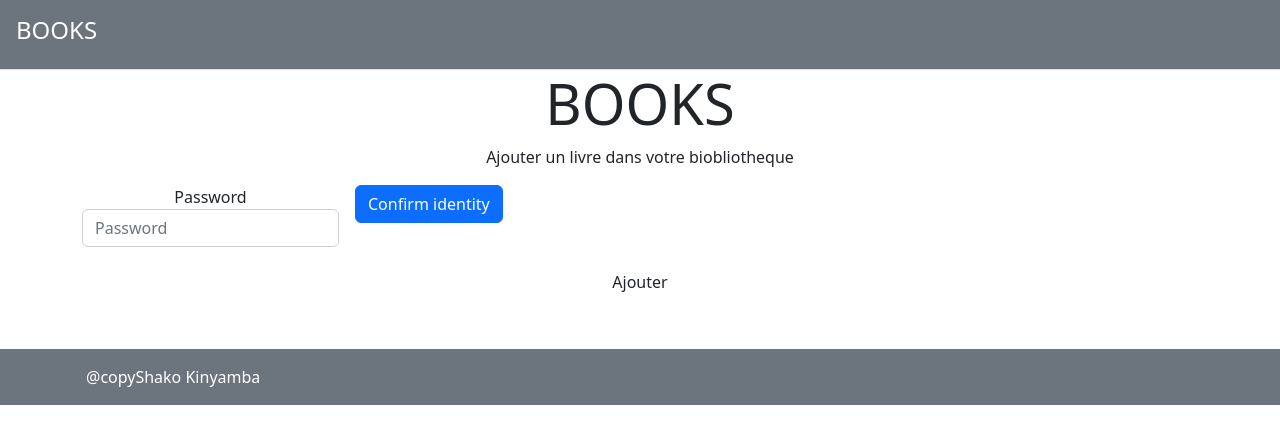
Repository: SKB-TECH/Books
Page: /
These files come from the project's save history. The page is drawn as it stood at one moment and after the next save; the edit follows.
The browser window is 1280 px wide. The pictures show the whole page.
The project was rebuilt for these pictures with package versions that can differ from the ones it lists, and the page was loaded fresh each time. Also part of the build but not shown: vite.config.js.

Above is the page before, as saved 2022-11-09 15:53:54.

### src/main.jsx
import React from 'react'
import ReactDOM from 'react-dom/client'
import App from './App'
import 'bootstrap/dist/css/bootstrap.min.css'

ReactDOM.createRoot(document.getElementById('root')).render(
  <React.StrictMode>
    <App />
  </React.StrictMode>
)

### src/App.jsx
import React from 'react';
import Footer from './components/Footer';
import Navbar from './components/Navbar';
import AddBooks from './Containers/AddBooks'
const App = () => {
  return (
    <div className='App'>
      <Navbar />
      <AddBooks />
      <Footer />
    </div>
  );
};

export default App;

### src/components/Footer.jsx
import React from 'react';

const Footer = () => {
    return (
        <footer className='footer text-white bg-secondary mt-5'>
            <div className='container p-3'>
                <span>
                    @copyShako Kinyamba
                </span>
            </div>
        </footer>
    );
};

export default Footer;

### src/components/Navbar.jsx
import React from 'react';

const Navbar = () => {
    return (
        <header>
            <div className='d-flex flex-column flex-md-row p-3 border-bottom bg-secondary text-white'>
                <h4 className='mr-md-auto'>
                    <a href="/" className='text-decoration-none text-white'>BOOKS</a>
                </h4>
            </div>
            {/* Menu principl */}
        </header>
    );
};

export default Navbar;

### src/Containers/AddBooks.jsx
import React from 'react';

const AddBooks = () => {
    return (
        <main role="main">
            <div className='jumbotron jumbotron-fluid'>
                <div className='container text-center'>
                    <h1 className='display-4'>
                        BOOKS
                    </h1>
                    <p>
                        Ajouter un livre dans votre biobliotheque
                    </p>

                    <form action="" className='form-inline justify-content-center'>
                        <form className="row g-3">
                            <div className="col-auto">
                                <label for="inputPassword2" classNmae="visually-hidden">Password</label>
                                <input type="password" className="form-control" id="inputPassword2" placeholder="Password"/>
                            </div>
                            <div class="col-auto">
                                <button type="submit" className="btn btn-primary mb-3">Confirm identity</button>
                            </div>
                        </form>
                        <div className="form-group">
                            <button className="btn btn outline-secondary mt-3">
                                Ajouter
                            </button>
                        </div>
                    </form>
                </div>
            </div>
        </main>
    );
};

export default AddBooks;

Loaded but not shown: index.html (common file)

After the next save:
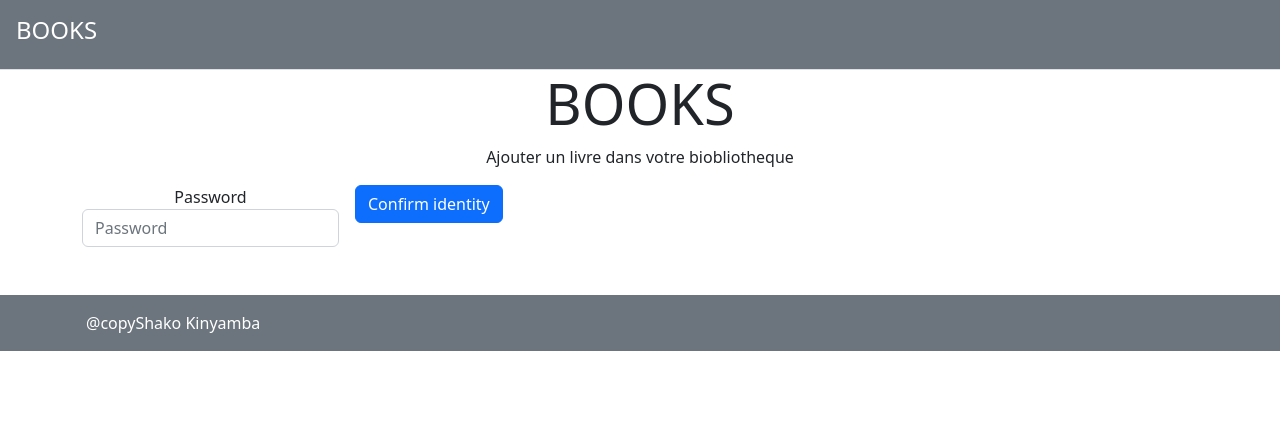
Saved 7 s later.
--- a/src/Containers/AddBooks.jsx
+++ b/src/Containers/AddBooks.jsx
@@ -22,11 +22,6 @@ const AddBooks = () => {
                                 <button type="submit" className="btn btn-primary mb-3">Confirm identity</button>
                             </div>
                         </form>
-                        <div className="form-group">
-                            <button className="btn btn outline-secondary mt-3">
-                                Ajouter
-                            </button>
-                        </div>
                     </form>
                 </div>
             </div>
